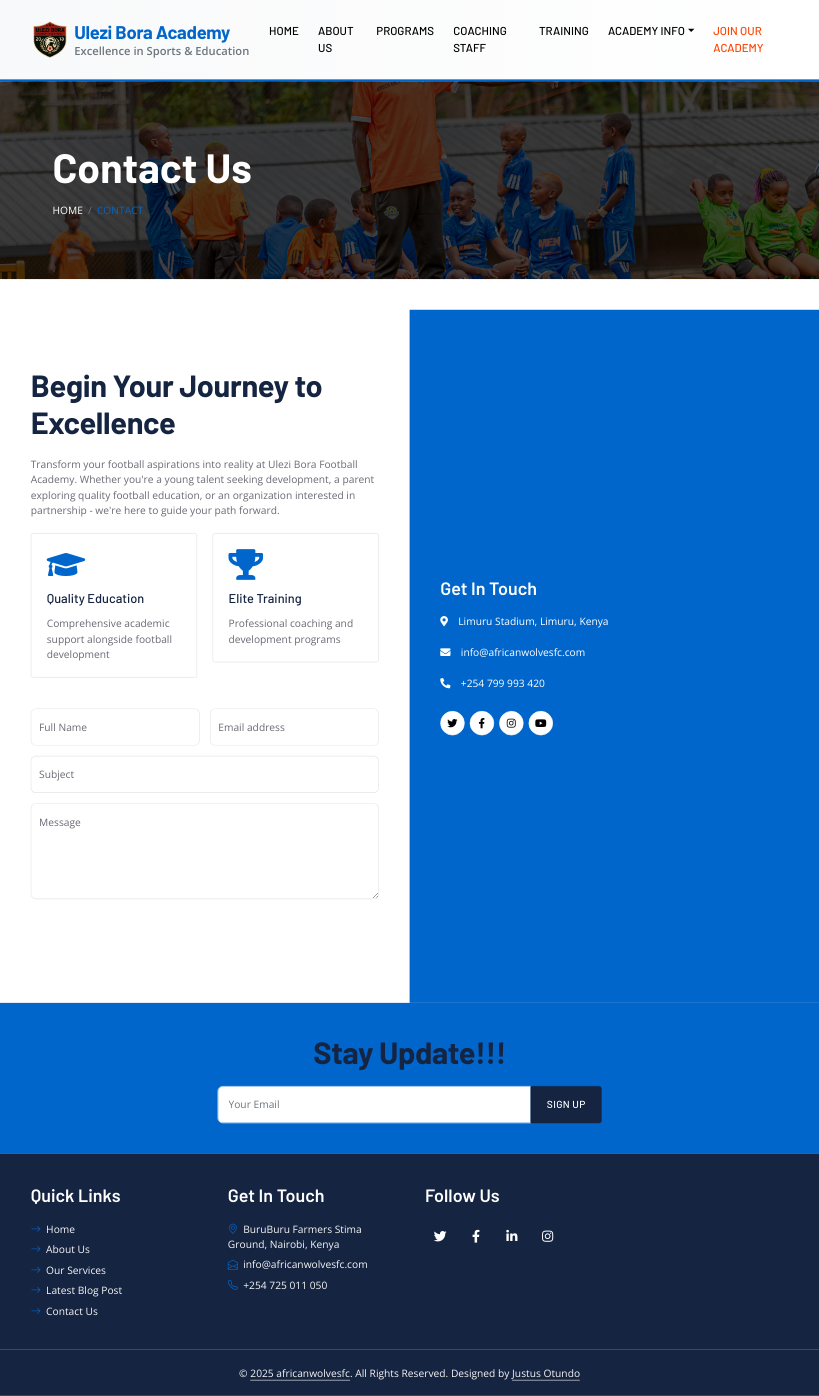
Repository: Justus-Otundo/uleziborafc
Page: contact.html
The author's editor kept a copy of each file at every save. The page is drawn from the files as they stood at one save, then again after the next save.
The browser window is 1280 px wide. The pictures show the whole page, at 64% of full size.
Some web libraries are served in a nearby version.

Above is the page before, as saved 2025-07-15 12:47:02.

After the next save:
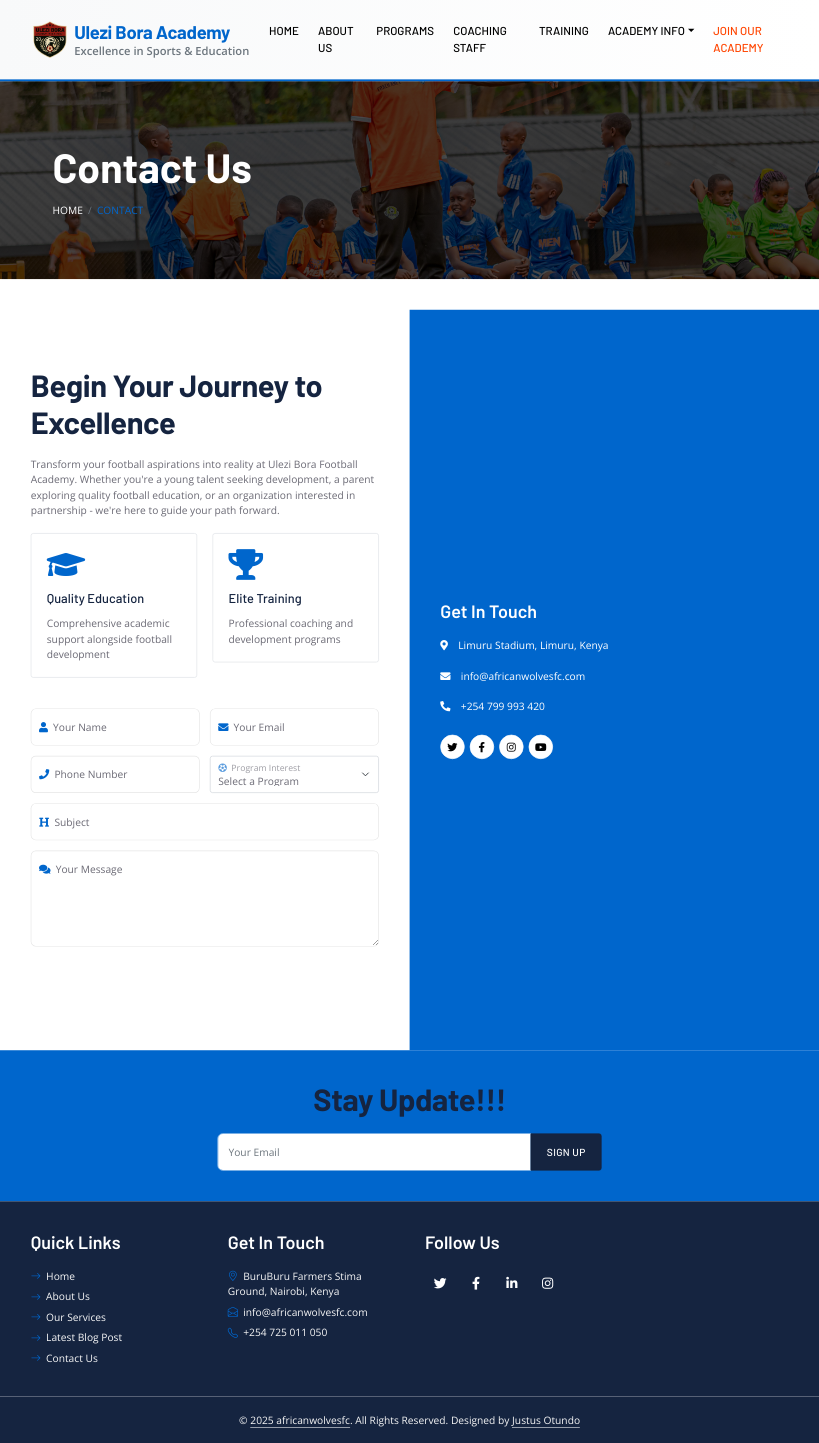
Saved 31 s later.
--- a/contact.html
+++ b/contact.html
@@ -71,34 +71,55 @@
                         </div>
                     </div>
                 </div>
-                <form>
+                <form id="contactForm" class="contact-form">
                     <div class="row g-3">
-                        <div class="col-6">
+                        <div class="col-md-6">
                             <div class="form-floating">
-                                <input type="text" class="form-control" id="form-floating-1" placeholder="John Doe">
-                                <label for="form-floating-1">Full Name</label>
+                                <input type="text" class="form-control" id="name" placeholder="Your Name" required>
+                                <label for="name"><i class="fas fa-user text-primary me-2"></i>Your Name</label>
                             </div>
                         </div>
-                        <div class="col-6">
+                        <div class="col-md-6">
                             <div class="form-floating">
-                                <input type="email" class="form-control" id="form-floating-2" placeholder="name@example.com">
-                                <label for="form-floating-2">Email address</label>
+                                <input type="email" class="form-control" id="email" placeholder="Your Email" required>
+                                <label for="email"><i class="fas fa-envelope text-primary me-2"></i>Your Email</label>
+                            </div>
+                        </div>
+                        <div class="col-md-6">
+                            <div class="form-floating">
+                                <input type="tel" class="form-control" id="phone" placeholder="Your Phone">
+                                <label for="phone"><i class="fas fa-phone text-primary me-2"></i>Phone Number</label>
+                            </div>
+                        </div>
+                        <div class="col-md-6">
+                            <div class="form-floating">
+                                <select class="form-select" id="program" required>
+                                    <option value="" selected disabled>Select a Program</option>
+                                    <option value="youth">Youth Development (U8-U12)</option>
+                                    <option value="academy">Academy Program (U13-U16)</option>
+                                    <option value="elite">Elite Program (U17-U19)</option>
+                                    <option value="senior">Senior Program (19+)</option>
+                                    <option value="other">Other Enquiry</option>
+                                </select>
+                                <label for="program"><i class="fas fa-futbol text-primary me-2"></i>Program Interest</label>
                             </div>
                         </div>
                         <div class="col-12">
                             <div class="form-floating">
-                                <input type="text" class="form-control" id="form-floating-3" placeholder="Subject">
-                                <label for="form-floating-3">Subject</label>
+                                <input type="text" class="form-control" id="subject" placeholder="Subject" required>
+                                <label for="subject"><i class="fas fa-heading text-primary me-2"></i>Subject</label>
                             </div>
                         </div>
                         <div class="col-12">
                             <div class="form-floating">
-                                <textarea class="form-control" placeholder="Message" id="form-floating-4" style="height: 150px"></textarea>
-                                <label for="form-floating-4">Message</label>
-                              </div>
+                                <textarea class="form-control" placeholder="Message" id="message" style="height: 150px" required></textarea>
+                                <label for="message"><i class="fas fa-comments text-primary me-2"></i>Your Message</label>
+                            </div>
                         </div>
                         <div class="col-12">
-                            <button class="btn btn-primary w-100 py-3" type="submit">Join The Pack</button>
+                            <button class="btn btn-primary w-100 py-3" type="submit">
+                                <i class="fas fa-paper-plane me-2"></i>Submit Enquiry
+                            </button>
                         </div>
                     </div>
                 </form>
